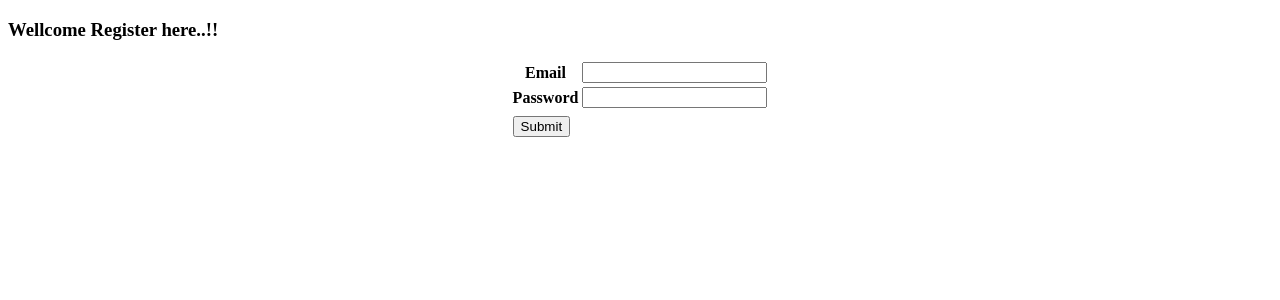
Repository: Yogesh12P/BridgeLabzJava
Page: http://localhost/LoginFormUsingSpringMvc/registerPage
An editor plug-in stored every save of this project. The page is shown before and after the next save, followed by the edit.
The browser window is 1280 px wide. The pictures show the whole page.
The page is served by Tomcat 9.

Above is the page before, as saved 2017-11-14 13:36:50.

After the next save:
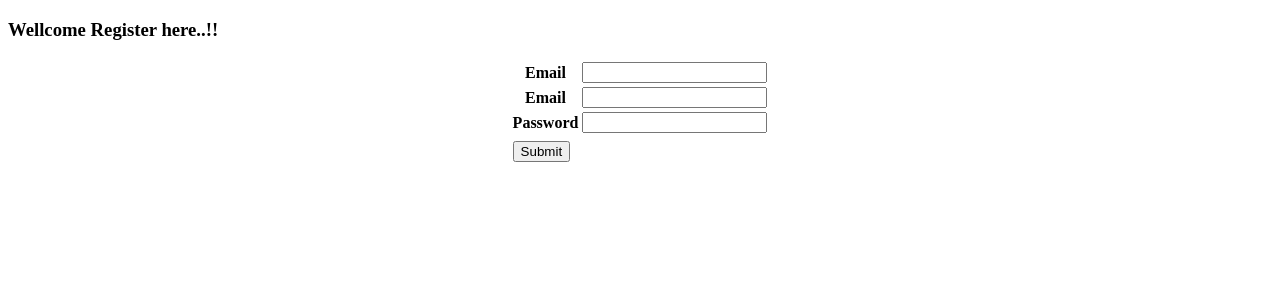
Saved 17 s later.
--- a/LoginFormUsingSpringMvc/src/main/webapp/registration.jsp
+++ b/LoginFormUsingSpringMvc/src/main/webapp/registration.jsp
@@ -10,6 +10,10 @@
 	<h3>Wellcome Register here..!!</h3>
 	<form action="newRegister">
 			<table align="center">
+			<tr>
+	 			<th>Email</th>
+	 			<td><input type="text" name="email" id="email"></td>
+	 		</tr>
 	 		<tr>
 	 			<th>Email</th>
 	 			<td><input type="text" name="email" id="email"></td>
